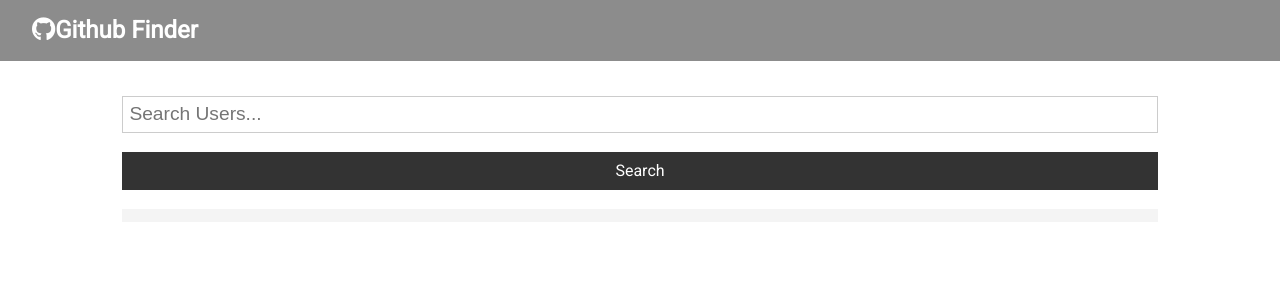
Repository: messimacky/github-finder
Page: /
An editor plug-in stored every save of this project. The page is shown before and after the next save, followed by the edit.
The browser window is 1280 px wide. The pictures show the whole page.
Some web libraries are served in a nearby version. The project was rebuilt for these pictures with package versions that can differ from the ones it lists, and the page was loaded fresh each time. Also part of the build but not shown: src/users/UserItem.js, src/components/layout/Spinner.js.

Above is the page before, as saved 2022-02-23 15:04:48.

After the next save:
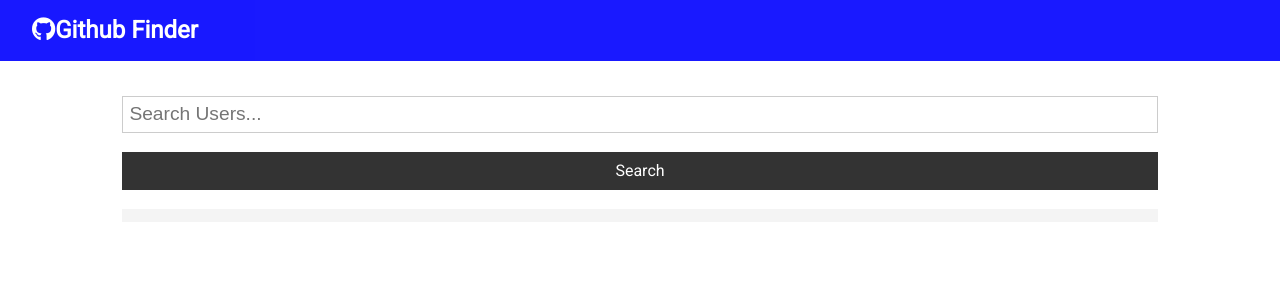
Saved 13 s later.
--- a/src/App.css
+++ b/src/App.css
@@ -2,7 +2,7 @@
 
 /* Global Styles */
 :root {
-  --primary-color: gray;
+  --primary-color: blue;
   --dark-color: #333333;
   --light-color: #f4f4f4;
   --danger-color: #dc3545;
